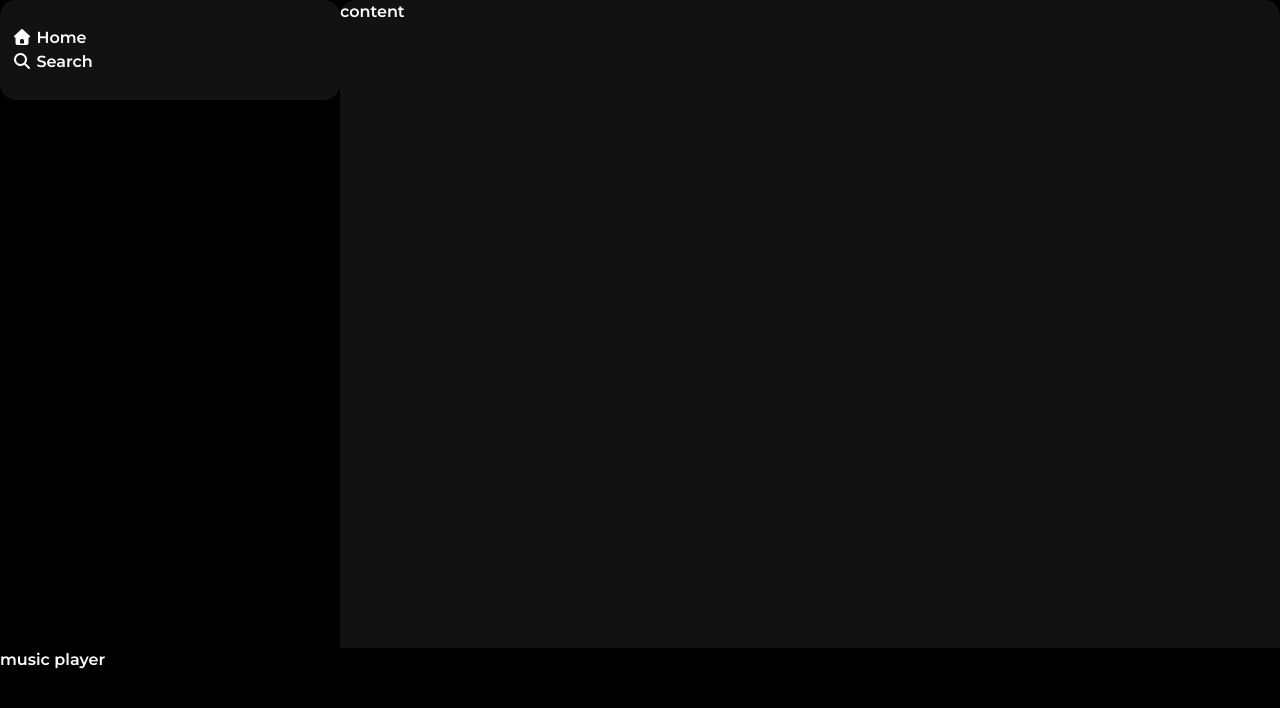
Repository: ketanBisht/spotifyFrontEnd
Page: index.html
The author's editor kept a copy of each file at every save. The page is drawn from the files as they stood at one save, then again after the next save.
The browser window is 1280 px wide. The pictures show the whole page.
Some web fonts or font styles are not loaded; a fallback is used. Some web libraries are served in a nearby version.

Above is the page before, as saved 2025-08-17 20:55:44.

### index.html
<!DOCTYPE html>
<html lang="en">
<head>
    <meta charset="UTF-8">
    <meta name="viewport" content="width=device-width, initial-scale=1.0">
    <link rel="stylesheet" href="https://cdnjs.cloudflare.com/ajax/libs/font-awesome/7.0.0/css/all.min.css" integrity="sha512-DxV+EoADOkOygM4IR9yXP8Sb2qwgidEmeqAEmDKIOfPRQZOWbXCzLC6vjbZyy0vPisbH2SyW27+ddLVCN+OMzQ==" crossorigin="anonymous" referrerpolicy="no-referrer" />
    <link href="https://cdn.jsdelivr.net/npm/bootstrap@5.3.7/dist/css/bootstrap.min.css" rel="stylesheet" integrity="sha384-LN+7fdVzj6u52u30Kp6M/trliBMCMKTyK833zpbD+pXdCLuTusPj697FH4R/5mcr" crossorigin="anonymous">
    <link rel="stylesheet" href="style.css">
    <link rel="icon" href="./assets/logo.png">
    <title> front end clone</title>
    <link rel="preconnect" href="https://fonts.googleapis.com">
    <link rel="preconnect" href="https://fonts.gstatic.com" crossorigin>
    <link href="https://fonts.googleapis.com/css2?family=Fira+Code:wght@300..700&family=IBM+Plex+Serif:ital,wght@0,100;0,200;0,300;0,400;0,500;0,600;0,700;1,100;1,200;1,300;1,400;1,500;1,600;1,700&family=Libertinus+Serif:ital,wght@0,400;0,600;0,700;1,400;1,600;1,700&family=Montserrat:ital,wght@0,100..900;1,100..900&family=Mukta:wght@200;300;400;500;600;700;800&family=Open+Sans:ital,wght@0,300..800;1,300..800&display=swap" rel="stylesheet">

</head>
<body>
    <div class="main">
        <div class="sideBar">
            <div class="nav">
                <div class="navOption">
                    <i class="fa-solid fa-house"></i>
                    <a href="">Home</a>
                </div>
                <div class="navOption">
                    <i class="fa-solid fa-magnifying-glass"></i>
                    <a href="">Search</a>
                </div>
            </div>
            <div class="library"></div>
        </div>
        <div class="mainContent">content</div>
        <div class="player">music player</div>
    </div>



    <script src="https://cdn.jsdelivr.net/npm/bootstrap@5.3.7/dist/js/bootstrap.bundle.min.js" integrity="sha384-ndDqU0Gzau9qJ1lfW4pNLlhNTkCfHzAVBReH9diLvGRem5+R9g2FzA8ZGN954O5Q" crossorigin="anonymous"></script>
</body>
</html>

### style.css
body{
  font-family: "Montserrat", sans-serif;
  font-optical-sizing: auto;
  font-weight: 512;
  font-style: normal;
  background-color: black;
  color: white;
  overflow: hidden;
}

.main{
    display: flex;
    height: 100vh;
}

.sideBar{
    width: 340px;
    border-radius: 1rem;
    -webkit-border-radius: 1rem;
    -moz-border-radius: 1rem;
    -ms-border-radius: 1rem;
    -o-border-radius: 1rem;
}

.mainContent{
    flex: 1;
    border-radius: 1rem;
    -webkit-border-radius: 1rem;
    -moz-border-radius: 1rem;
    -ms-border-radius: 1rem;
    -o-border-radius: 1rem;
    overflow: auto;
    background-color: #121212;
}

.player{
    position: fixed;
    bottom:0;
    width: 100%;
    height: 72px;
    background-color: black;
}
a{
    text-decoration: none;
    color: white;
}

.nav{
    background-color: #121212;
    border-radius: 1rem;
    -webkit-border-radius: 1rem;
    -moz-border-radius: 1rem;
    -ms-border-radius: 1rem;
    -o-border-radius: 1rem;
    display: flex;
    flex-direction: column;
    justify-content: center;
    height: 100px;
    padding: 0.5rem 0.75rem;
}
.navOption{
    line-height: ;
}

After the next save:
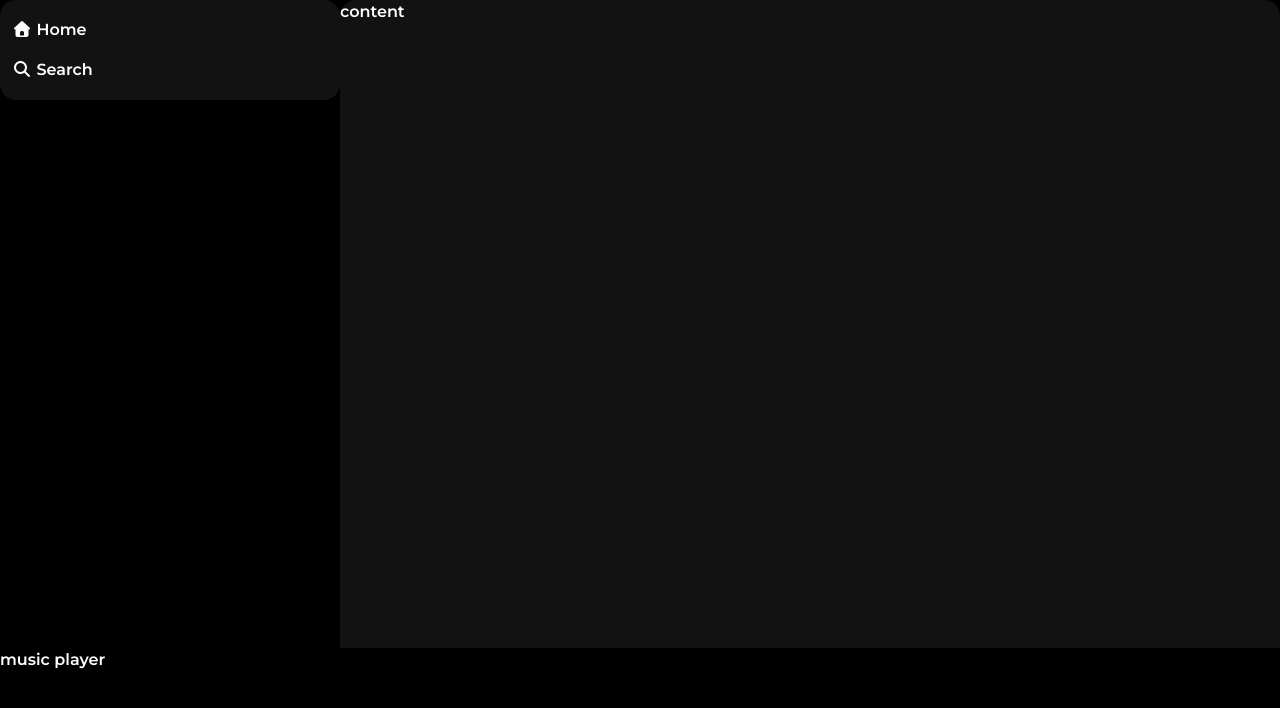
Saved 5 s later.
--- a/style.css
+++ b/style.css
@@ -59,5 +59,6 @@ a{
     padding: 0.5rem 0.75rem;
 }
 .navOption{
-    line-height: ;
+    line-height: 2.5rem;
+
 }
